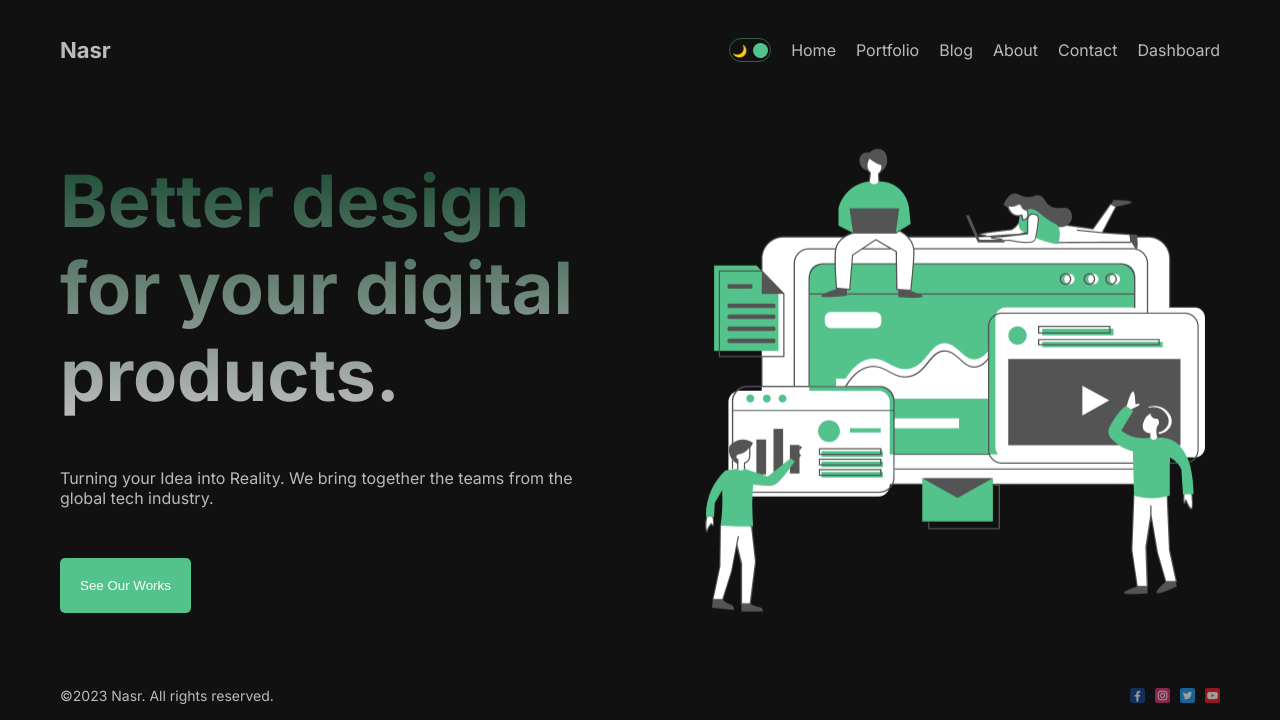
Repository: MoNasr2022/Nast-Blog
Page: /
These files come from the project's save history. The page is drawn as it stood at one moment and after a run of saves; the edit follows.
The browser window is 1280 px wide. The pictures show the whole page.
The page's requests for data from a server got no answer. The project was rebuilt for these pictures with package versions that can differ from the ones it lists, and the page was loaded fresh each time. The framework's server and built-in components were replaced by stand-ins that run in the browser. No one was signed in, and anything a server would have sent is missing. Also part of the build but not shown: next.config.js.

Above is the page before, as saved 2023-06-15 14:18:48.

After the next 2 saves:
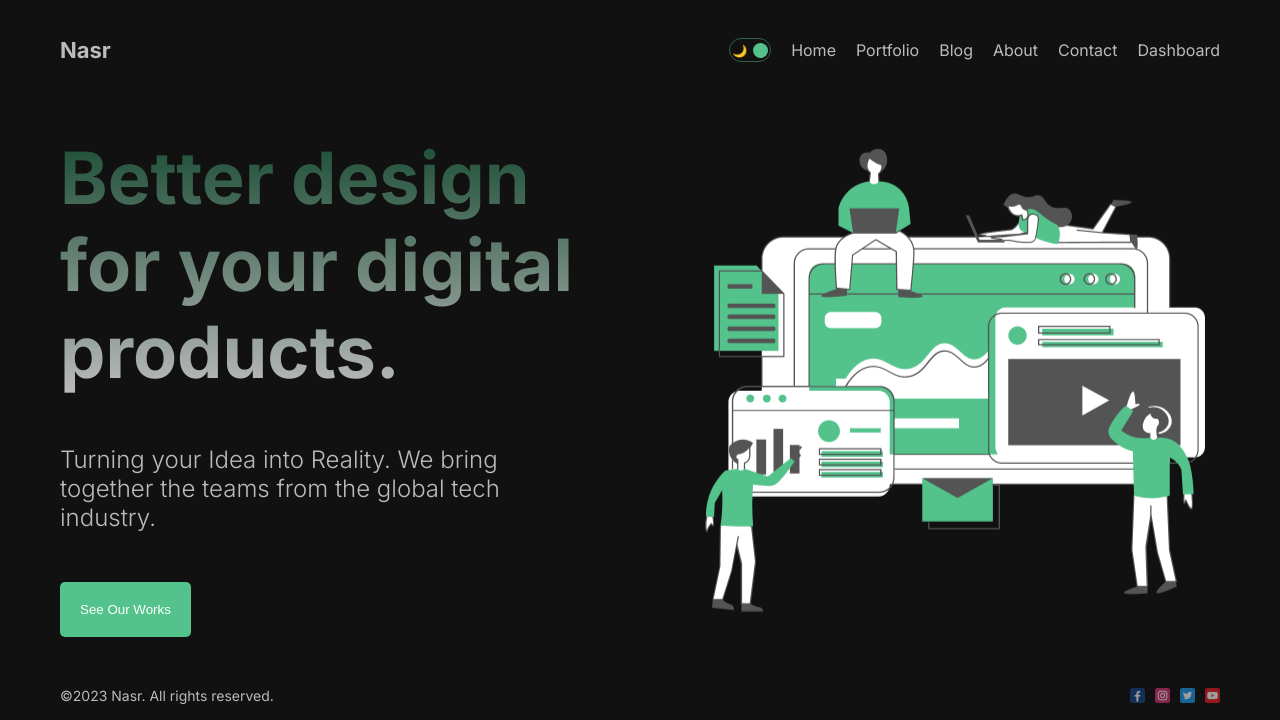
The 2 saves are shown as one change because they came seconds apart.
The last was saved 16 s later.
--- a/src/app/page.module.css
+++ b/src/app/page.module.css
@@ -25,16 +25,16 @@
   animation: move 3s infinite ease alternate;
 }
 
-  @keyframes move {
-    from {
-      transform: translateY(-10px);
-    }
+@keyframes move {
+  from {
+    transform: translateY(-10px);
+  }
 
-    to {
-      transform: translateY(10px);
-    }
+  to {
+    transform: translateY(10px);
   }
 }
+
 
 
 .desc {
